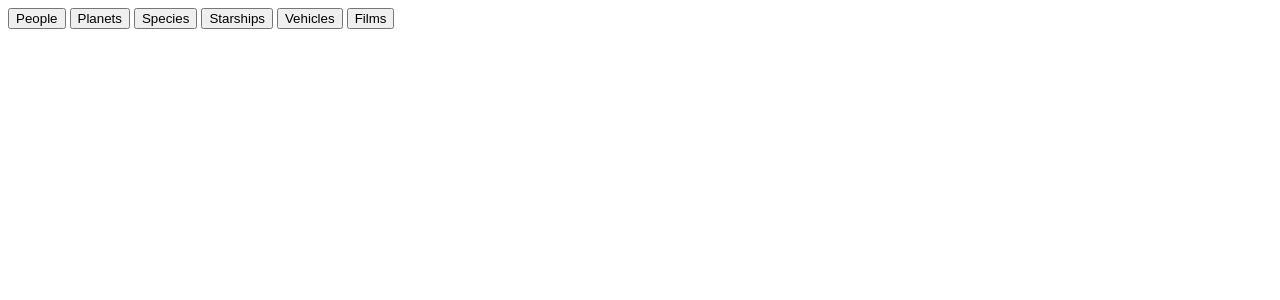
Repository: Didgerydont/ajax_test
Page: index.html
The author's editor kept a record of every edit. The page is drawn from the files as they stood at one moment, then again after the next edit.
The browser window is 1280 px wide. The pictures show the whole page.

Above is the page before.

### index.html
<!DOCTYPE html>
<html lang="en">
<head>
    <title>AJAX Test</title>
    <script type="text/javascript" src="main.js"></script>
</head>
<body>

    <button onclick="writeToDocument('people')">People</button>
    <button onclick="writeToDocument('planets')">Planets</button>
    <button onclick="writeToDocument('species')">Species</button>
    <button onclick="writeToDocument('starships')">Starships</button>
    <button onclick="writeToDocument('vehicles')">Vehicles</button>
    <button onclick="writeToDocument('films')">Films</button>
    <div id="data"></div>
</body>
</html>

### main.js
const baseURL = "https://swapi.co/api/";

function getData(type, cb) {
    var xhr = new XMLHttpRequest();

    xhr.onreadystatechange = function() {
        if (this.readyState == 4 && this.status == 200) {
            cb(JSON.parse(this.responseText));
        }
    };

    xhr.open("GET", baseURL + type + "/");
    xhr.send();
}

function getTableHeaders(obj) {
    var tableHeaders = [];

    Object.keys(obj).forEach(function(key) {
        tableHeaders.push(`<td>${key}</td>`);
    });

    return `<tr>${tableHeaders}</tr>`;
}


function generatePaginationButtons(next, prev) {
    if (next && prev) {
        return  `<button onclick="writeToDocument('${previous}')"></button>`;
                `<button onclick="writeToDocument('${previous}')"></button>`;

    }
}

function writeToDocument(type) {
    var tableRows = [];
    var el = document.getElementById("data");
    el.innerHTML = "";

    getData(type, function(data) {
        var pagination;
        if (data.next || data.previous) {
            pagination = generatePaginationButtons(data.next, data.previous);
        }
        data = data.results;
        var tableHeaders = getTableHeaders(data[0]);

        data.forEach(function(item) {
            var dataRow = [];

            Object.keys(item).forEach(function(key) {
                var rowData = item[key].toString();
                var truncatedData = rowData.substring(0, 15);
                dataRow.push(`<td>${truncatedData}</td>`);
            });
            tableRows.push(`<tr>${dataRow}</tr>`);
        });

        el.innerHTML = `<table>${tableHeaders}${tableRows}</table>`;
    });
}

After the next edit:
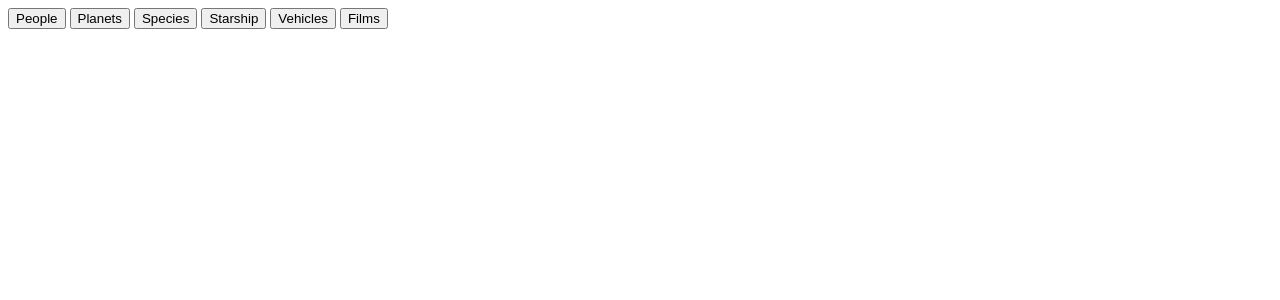
The edit:
--- a/index.html
+++ b/index.html
@@ -5,13 +5,13 @@
     <script type="text/javascript" src="main.js"></script>
 </head>
 <body>
-
-    <button onclick="writeToDocument('people')">People</button>
-    <button onclick="writeToDocument('planets')">Planets</button>
-    <button onclick="writeToDocument('species')">Species</button>
-    <button onclick="writeToDocument('starships')">Starships</button>
-    <button onclick="writeToDocument('vehicles')">Vehicles</button>
-    <button onclick="writeToDocument('films')">Films</button>
+    <button onclick="writeToDocument('https://swapi.co/api/people')">People</button>
+    <button onclick="writeToDocument('https://swapi.co/api/planets')">Planets</button>
+    <button onclick="writeToDocument('https://swapi.co/api/species')">Species</button>
+    <button onclick="writeToDocument('https://swapi.co/api/starships')">Starship</button>
+    <button onclick="writeToDocument('https://swapi.co/api/vehicles')">Vehicles</button>
+    <button onclick="writeToDocument('https://swapi.co/api/films')">Films</button>
     <div id="data"></div>
 </body>
+
 </html>
